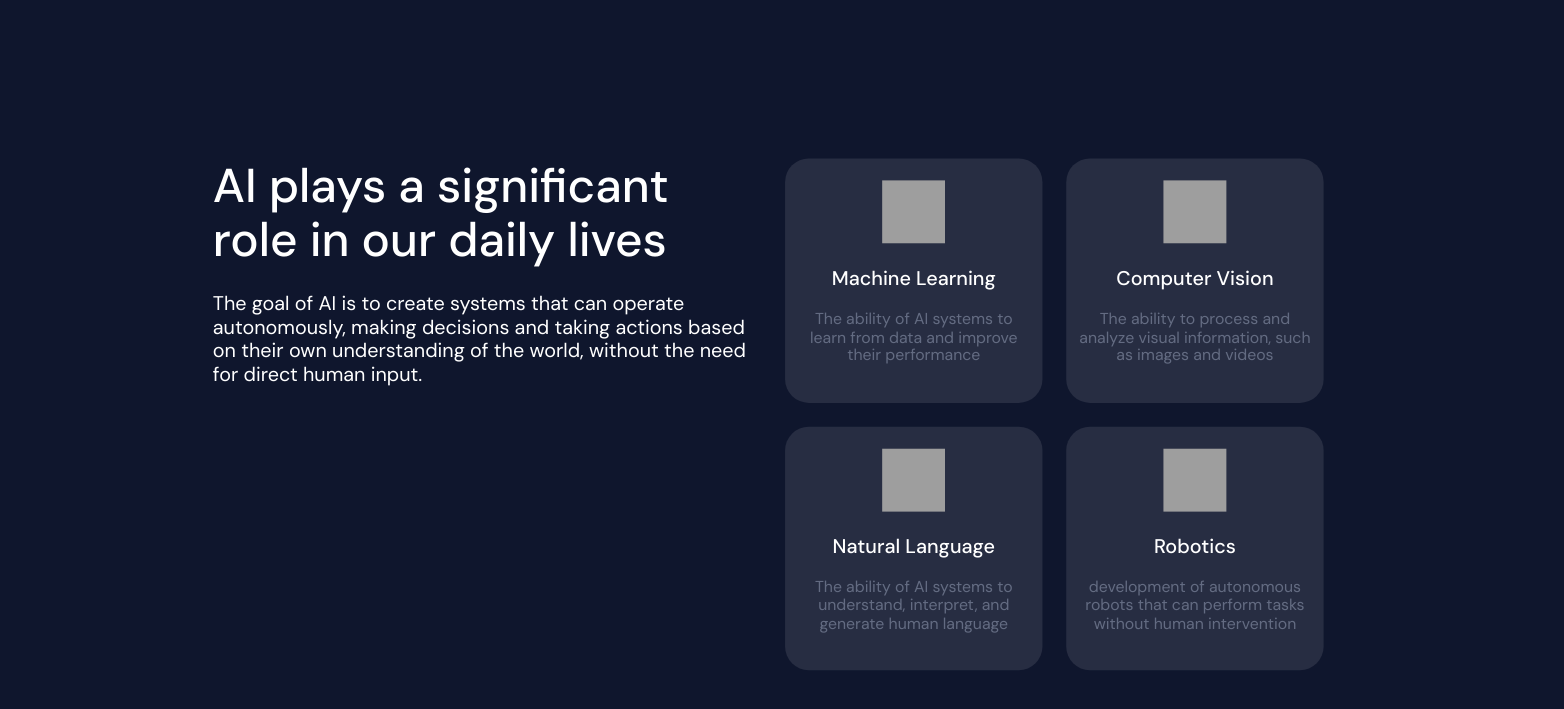
Repository: guli95/four-areas-of-AI-INVO-ACAdemy
Page: /
The author's editor kept a copy of each file at every save. The page is drawn from the files as they stood at one save, then again after the next save.
The browser window is 1280 px wide. The page is 1580 px wide, then 1280 px, so the pictures cover 1580 px, including what lies to the right of the window. The pictures show the whole page, at 99% of full size.
Pictures or frames that could not be fetched are drawn as grey boxes. The project was rebuilt for these pictures with package versions that can differ from the ones it lists, and the page was loaded fresh each time.

Above is the page before, as saved 2023-03-13 14:52:22.

After the next save:
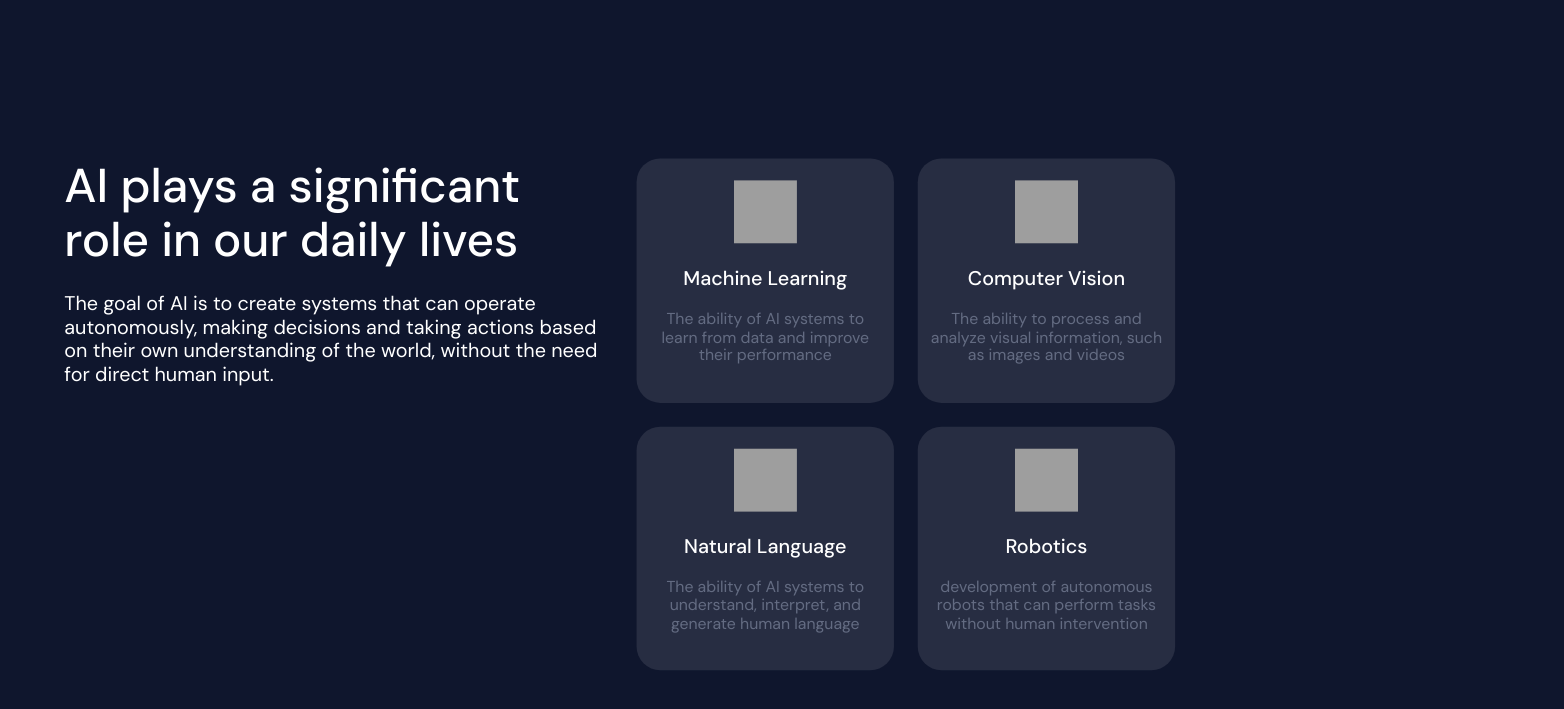
Saved 101 s later.
--- a/src/pages/home-page/styles/home-page.scss
+++ b/src/pages/home-page/styles/home-page.scss
@@ -8,7 +8,7 @@
     height: 100%;
 
  .flexbox-container{
-    width: 1580px;
+    max-width: 1580px;
     display: flex;
     justify-content: center;
     margin: 160px auto 0 auto;
